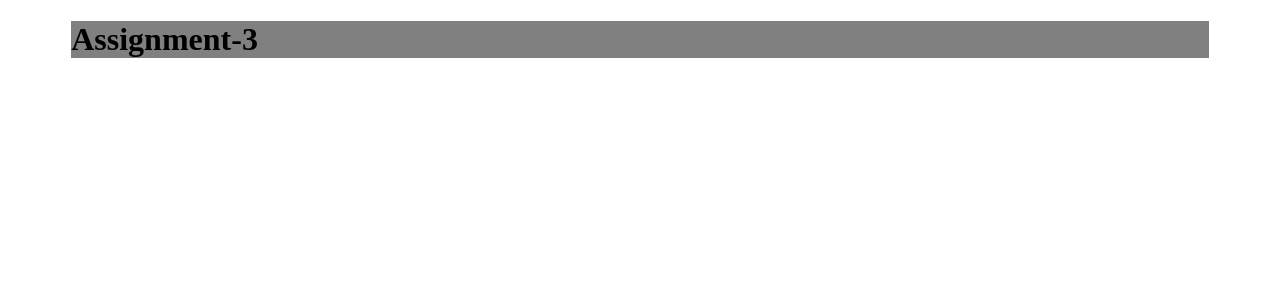
Repository: Aminul-Islam85/Assignment-3
Page: index.html
An editor plug-in stored every save of this project. The page is shown before and after the next save, followed by the edit.
The browser window is 1280 px wide. The pictures show the whole page.

Above is the page before, as saved 2024-10-31 13:02:38.

After the next save:
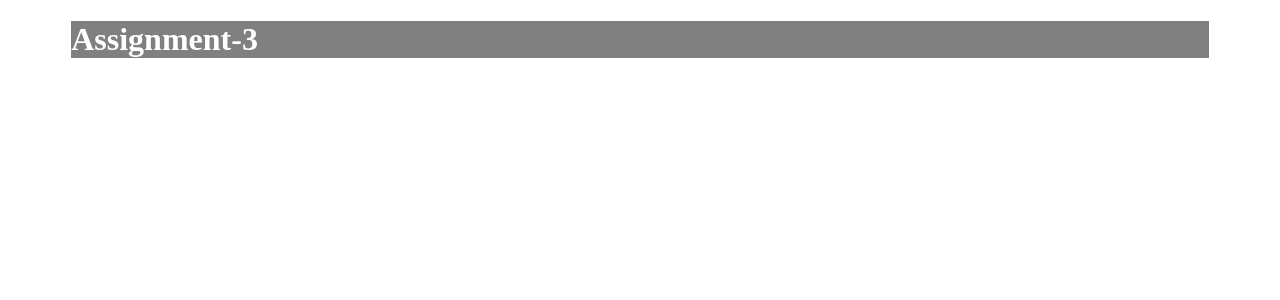
Saved 11 s later.
--- a/styles.css
+++ b/styles.css
@@ -2,5 +2,5 @@
     width: 90%;
     margin: 0 auto;
     background-color: gray;
-    color: #000;
+    color: white;
 }
